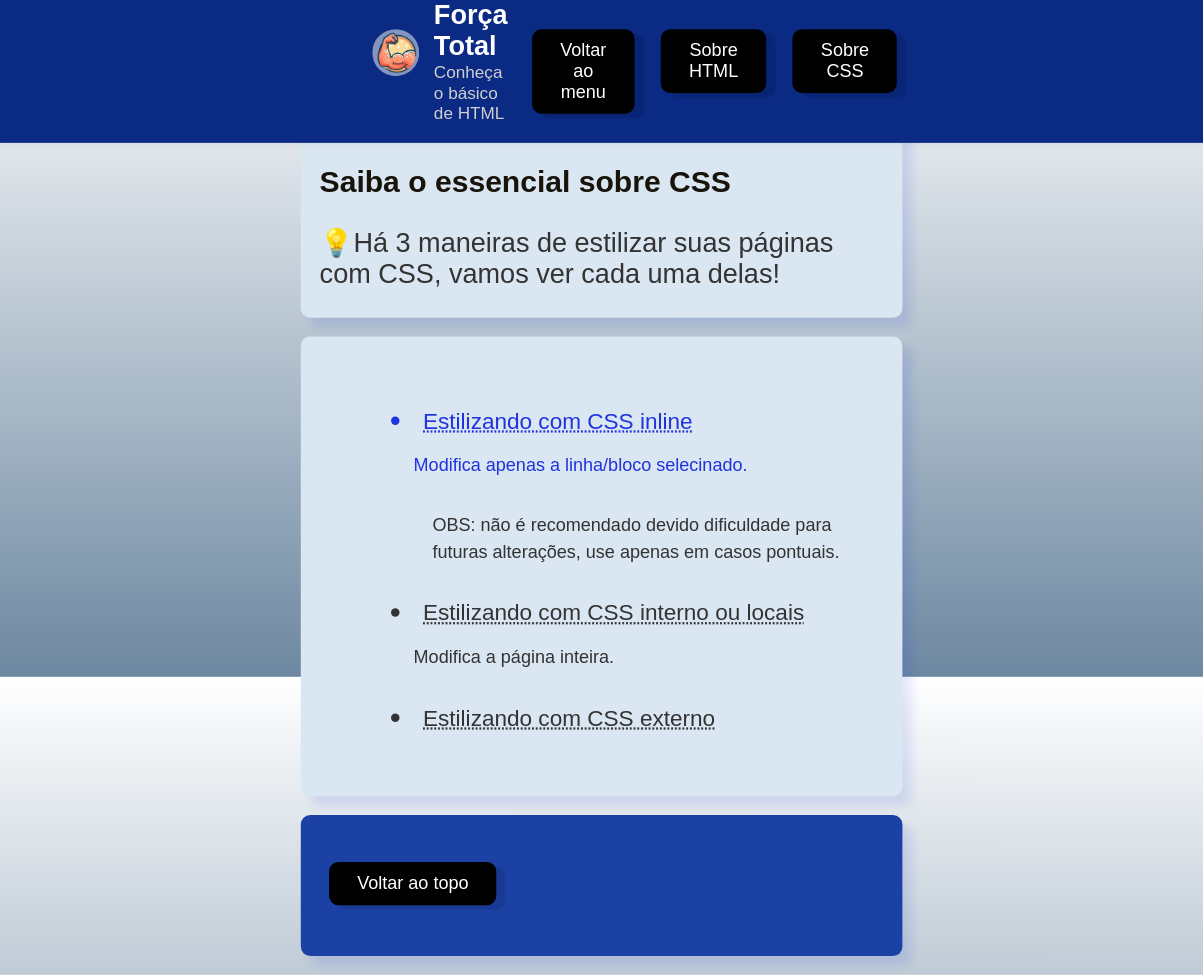
Repository: LuidyOn/Site_Forca_Total
Page: ForçaTotal/paginas/sobrecss.html
The author's editor kept a copy of each file at every save. The page is drawn from the files as they stood at one save, then again after a run of saves.
The browser window is 1280 px wide. The pictures show the whole page, at 94% of full size.
Backgrounds fixed to the window are drawn as part of the page.

Above is the page before, as saved 2025-05-19 14:28:13.

After the next 3 saves:
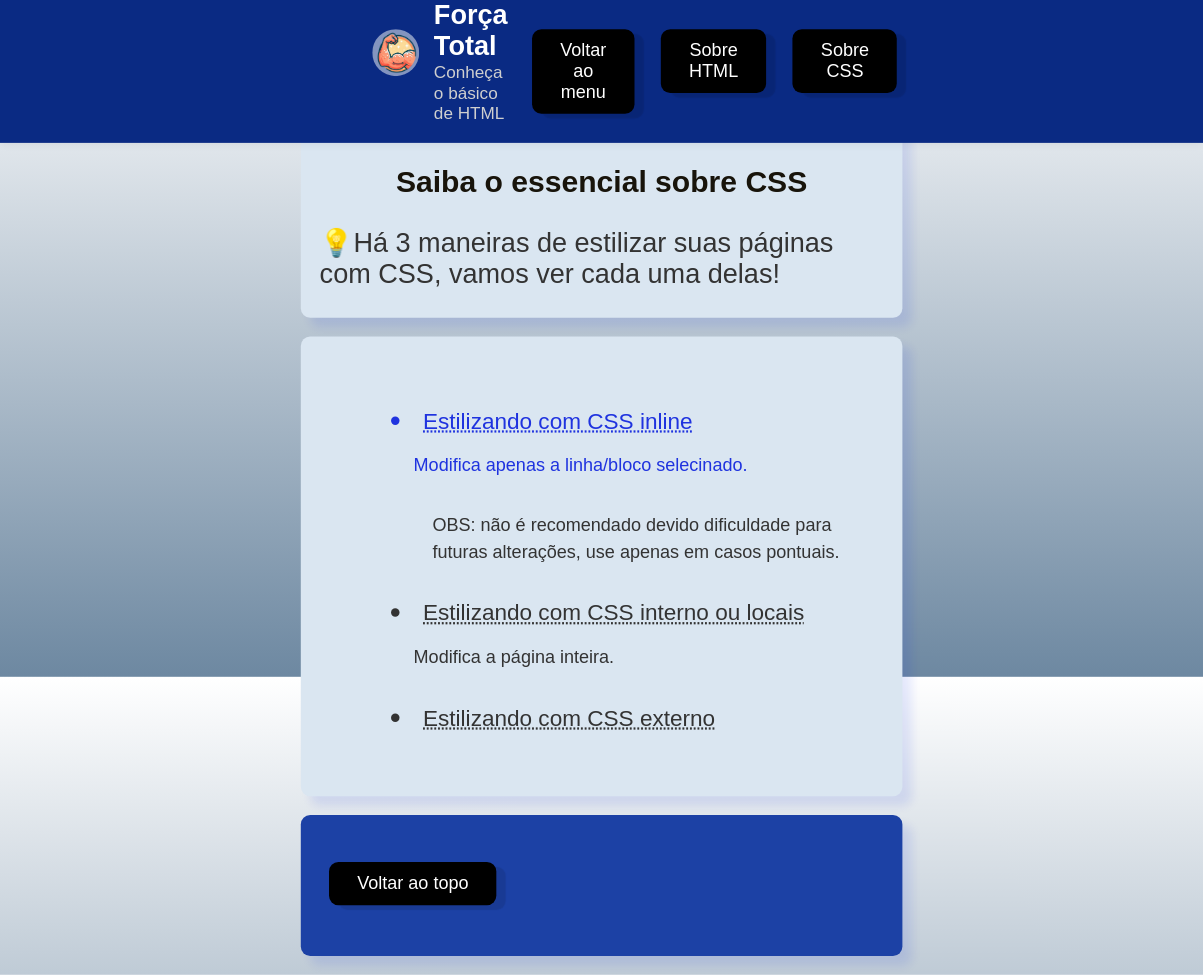
The 3 saves are shown as one change because they came seconds apart.
The last was saved 10 s later.
--- a/ForçaTotal/paginas/sobrecss.html
+++ b/ForçaTotal/paginas/sobrecss.html
@@ -79,7 +79,7 @@
     <h3 style="text-align: left;">
 
 <section style="background-color: #dae6f1; padding: 20px; text-align: justify;">
-<h2 style="background-color: ;">Saiba o essencial sobre CSS</h2>
+<h2 style="text-align: center;">Saiba o essencial sobre CSS</h2>
     <h3 style="text-align: left;">💡Há 3 maneiras de estilizar suas páginas com CSS, vamos ver cada uma delas!</h3>
     </section>
 
